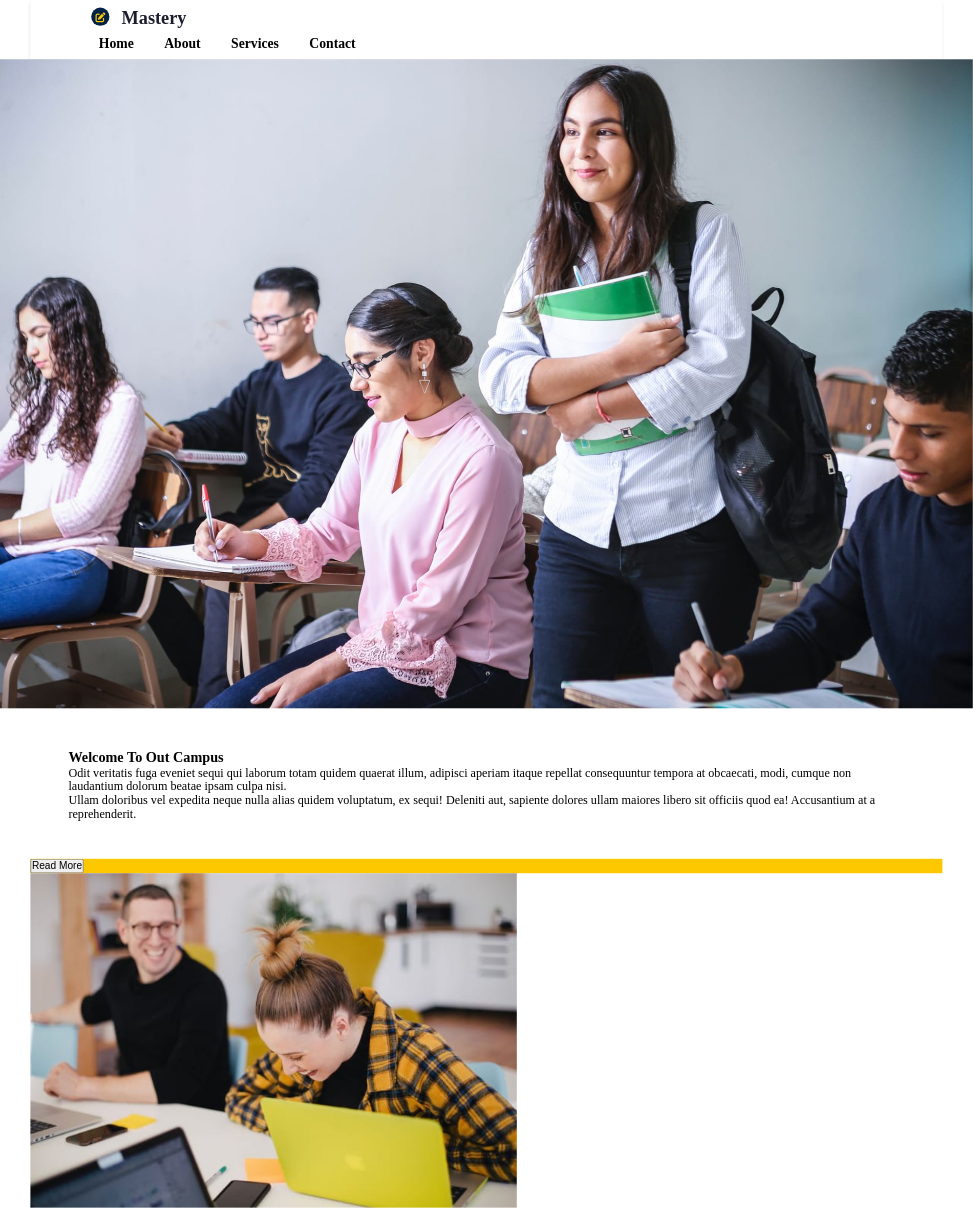
Repository: trminhphuc1504/Mastery
Page: index.html
These files come from the project's save history. The page is drawn as it stood at one moment and after the next save; the edit follows.
The browser window is 1280 px wide. The pictures show the whole page, at 76% of full size.
Some web libraries are served in a nearby version.

Above is the page before, as saved 2024-08-22 12:30:00.

After the next save:
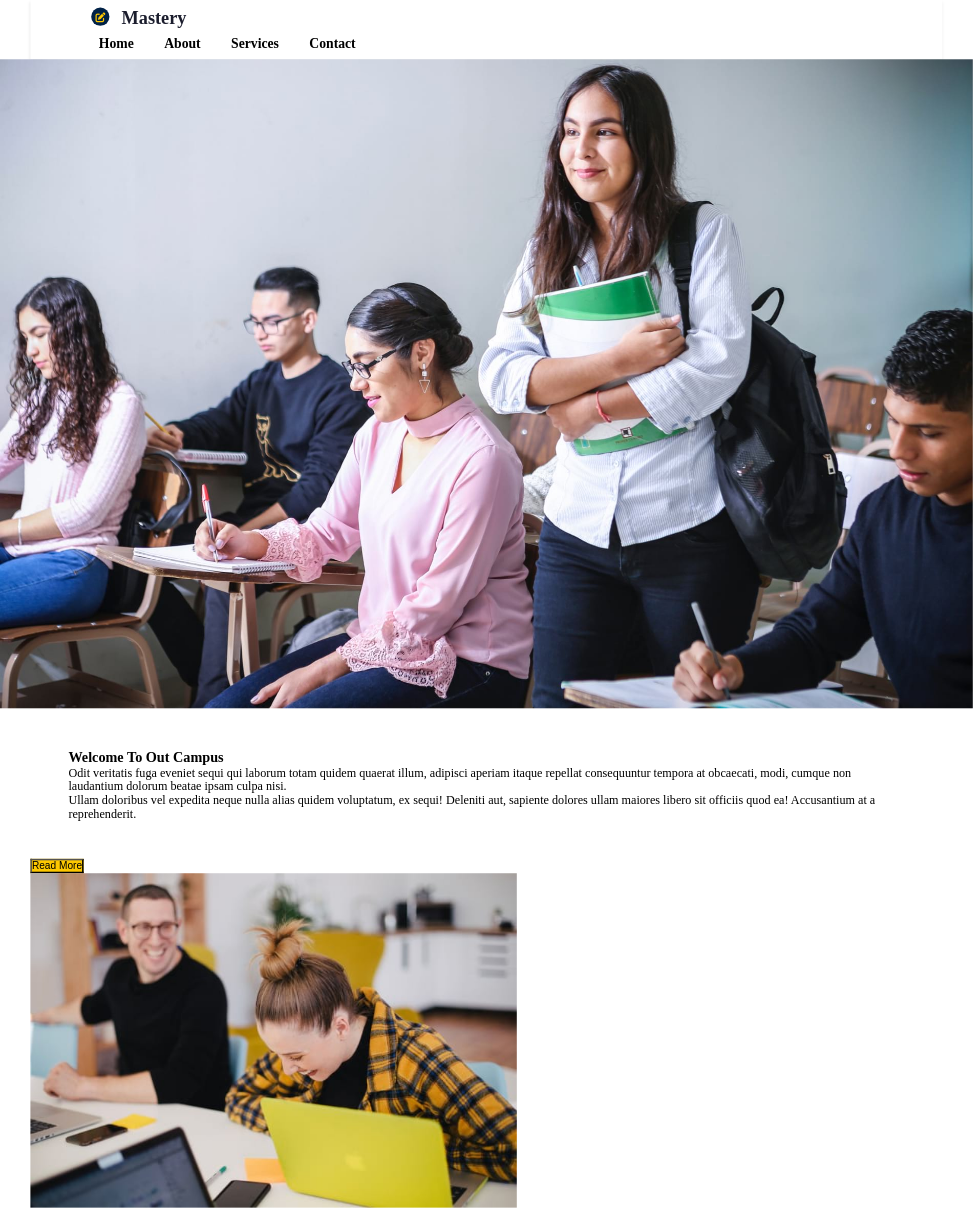
Saved 18 s later.
--- a/css/style.css
+++ b/css/style.css
@@ -87,6 +87,6 @@ header{
 }
 
 
-.banner-button{
+.banner-button .banner-btn{
     background-color:#FDC800;
 }
